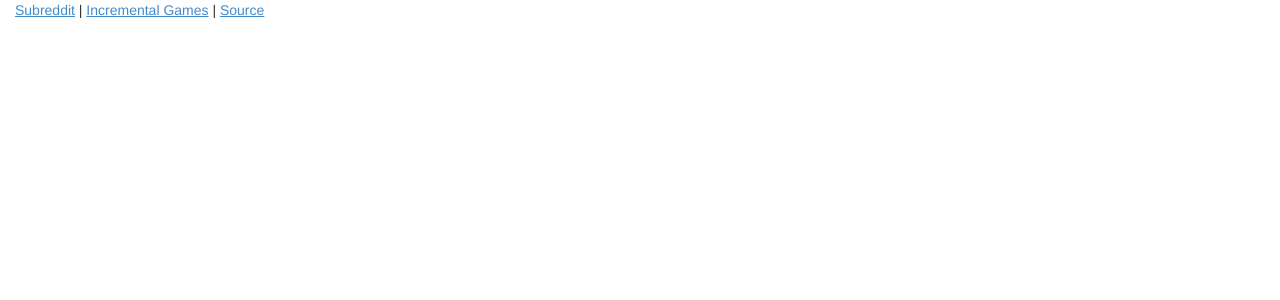
Repository: Polatrite/polainc-seed
Page: index.html
The author's editor kept a record of every edit. The page is drawn from the files as they stood at one moment, then again after the next edit.
The browser window is 1280 px wide. The pictures show the whole page.

Above is the page before.

### index.html
<html>
<head>
	<meta name="viewport" content="width=device-width, initial-scale=1">
	<title>Seed Project</title>
	<link rel="shortcut icon" type="image/x-icon" href="favicon.ico"/>

	<script src="quick-function.js" text="type/javascript"></script>

	<script src="lib/underscore.min.js" text="type/javascript"></script>
	<script src="lib/jquery.js" text="type/javascript"></script>
	<script src="lib/rivets.js" text="type/javascript"></script>
	<script src="lib/fastclick.js" text="type/javascript"></script>
	<script src="lib/bootstrap/js/bootstrap.js" text="type/javascript"></script>

	<script src="game.js" text="type/javascript"></script>
	<script src="savefile.js" text="type/javascript"></script>

	<link  href="lib/bootstrap/css/bootstrap.css" rel="stylesheet">
	<link  href="lib/bootstrap/css/bootstrap.override.css" rel="stylesheet">
	<link  href="styles.css" rel="stylesheet">

	<script text="type/javascript">

$(document).ready(initialize);

window.addEventListener('load', function() {
    FastClick.attach(document.body);
}, false);


	</script>

</head>
<body class="bindto-player container-fluid">

<!-- Modal -->
<div class="modal fade" id="saveLoadModal" tabindex="-1" role="dialog" aria-labelledby="saveLoadModalLabel" aria-hidden="true">
	<div class="modal-dialog">
		<div class="modal-content">
			<div class="modal-header">
				<button type="button" class="close" data-dismiss="modal"><span aria-hidden="true">&times;</span><span class="sr-only">Close</span></button>
				<h4 class="modal-title" id="saveLoadModalLabel">Save/Load via Text</h4>
			</div>
			<div class="modal-body">
				<label>To save, simply copy the following text and save it as a text file on your computer.</label>
				<textarea id="saveTextData" style="width: 100%; height: 10em; font-size: 1em;"></textarea>
				<button id="selectSaveTextData" type="button" class="btn btn-default">Select All Text</button>
				<hr>
				<label>To load, paste your text file into this block, then click "Load Text Data".</label>
				<textarea id="loadTextData" style="width: 100%; height: 10em; font-size: 1em;"></textarea>
				<div id="loadTextDataFailedAlert" class="alert alert-danger hidden">We had trouble loading your text data. Please make sure your data is valid and try again!</div>
			</div>
			<div class="modal-footer">
				<button type="button" class="btn btn-default" data-dismiss="modal">Close</button>
				<button id="loadTextSaveData" type="button" class="btn btn-primary">Load Text Data</button>
			</div>
		</div>
	</div>
</div>

<div class="row row-margin">
	<div class="col-md-3">
		<a href="http://www.reddit.com/r/polatrite" style="text-decoration: underline;">Subreddit</a> | <a href="http://www.reddit.com/r/incremental_games" style="text-decoration: underline;">Incremental Games</a> | <a href="http://www.github.com/Polatrite/polainc-seed" style="text-decoration: underline;">Source</a>
		<br>

	</div>
</div>

</body>
</html>

### lib/quick-function.js
var f = function(func) {
  var args = Array.prototype.slice.call(arguments, 1);

  return function() {
    return func.apply(undefined,args);
  };
};

### game.js
var player = {
    workers: 3859,
    workersUsed: 2811,
    money: 343417831.38
};

function initialize() {
    rivets.bind($('#player'), {player: player});
}

### savefile.js
var Savefile = function(curateDataCallback) {

    if(!_.isFunction(curateDataCallback)) {
        console.error("Savefile: curateDataCallback is not a valid function.");
        return;
    }

	$('#loadTextSaveData').click(this.LoadGameFromText);

	$('#resetGame').click(this.resetGameConfirm);
	$('#selectSaveTextData').click(this.selectSaveDataText);
    $('#saveGameTextExport').click(this.displaySaveDataText);

    this.isResettingGame = false;

    this.curateDataCallback = curateDataCallback;
    this.saveSuccessfulCallback = null;

    this.SaveGameToStorage = function() {
    	var saveDataStr = this.GetSaveGameData();

    	localStorage.setItem('saveData', saveDataStr);
    };

    this.LoadGameFromStorage = function() {
    	var saveDataStr = localStorage.getItem('saveData');
    	var saveDataObj = this.ParseLoadData(saveDataStr);
    	this.InitializeLoadData(saveDataObj);
    };

    this.LoadGameFromText = function() {
    	this.backupSaveGame();
    	var saveDataStr = $('#loadTextData').val();

    	try {
    		saveDataStr = atob(saveDataStr);
    		this.ParseLoadData(saveDataStr);
    		localStorage.setItem('saveData', saveDataStr);

    		this.isResettingGame = true;
    		location.reload(true);
    	}
    	catch (e) {
    		console.error('Failed to load data from text');
    		console.error(e);
    		$('#loadTextDataFailedAlert').removeClass('hidden');
    		return;
    	}

    	$('#saveLoadModal').modal('hide');
    };

    this.displaySaveDataText = function() {
    	var saveDataStr = this.GetSaveGameData();
    	saveDataStr = btoa(saveDataStr);

    	var $elem = $('#saveTextData');
    	$elem.val(saveDataStr);

    	$('#saveLoadModal').on('shown.bs.modal', this.selectSaveTextData);

    	$('#loadTextData').val('');
    	$('#loadTextDataFailedAlert').addClass('hidden');

    	console.log('saveData save data added to text output');
    };

    this.getSaveGameData = function() {
        var curatedData = this.curateDataCallback();

    	return JSON.stringify(curatedData);
    };

    this.parseLoadData = function (saveDataStr) {
    	if(saveDataStr == null) {
    		return;
    	}

    	var saveDataObj = JSON.parse(saveDataStr);

    	return saveDataObj;
    };

    this.initializeLoadData = function(saveDataObj) {
    	if(!saveDataObj) {
    		return;
    	}

    	this.repairSave(saveDataObj);

    	$.extend(true, saveData, saveDataObj);
    };

    this.selectSaveDataText = function() {
    	var $elem = $('#saveTextData');
    	$elem.focus();
    	$elem.select();
    };

    this.backupSaveGame = function() {
    	var saveDataStr = localStorage.getItem('saveData');
    	localStorage.setItem('backup-saveData', saveDataStr);

    	console.debug(saveDataStr);
    	console.log("Previous save data backed up, just in case.");
    };

    this.repairSave = function(saveData) {
    	if(isNaN(saveData.version) || saveData.version < 3) {
    		this.backupSaveGame();
    	}
    };

    this.ResetGame = function() {
    	localStorage.removeItem('saveData');
    	this.isResettingGame = true;
    	location.reload(true);
    };

    this.resetGameConfirm = function() {
    	var confirm = window.confirm("Are you sure you want to reset your game? This will delete all your data!");
    	if(confirm == true) {
    		this.resetGame();
    	}
    };




};

### lib/bootstrap/css/bootstrap.override.css
.progress {
    margin-bottom: 6px;
}

.progress-bar {
  -webkit-transition: width .1s ease;
       -o-transition: width .1s ease;
          transition: width .1s ease;
}

.btn-md {
    padding: 4px 12px;
}

h4,
.h4,
h5,
.h5,
h6,
.h6 {
  margin-top: 8px;
  margin-bottom: 8px;
}

.well-sm {
    padding: 6px;
}

.well-xs {
  padding: 4px;
  border-radius: 2px;
}

### styles.css
.night-theme {
    background-color: #000000;
    color: #FFFFFF;
}
.night-theme .well {
    background-color: #333333;
}
.night-theme .progress {
    background-color: #777777;
}
.night-theme .upgrade-item {
    background-color: #777777;
    color: #FFFFFF;
}
.night-theme .upgrade-item-disabled {
    background-color: #555555;
    color: #FFFFFF;
}

body{
    -webkit-touch-callout: none;
    -webkit-user-select: none;
    -khtml-user-select: none;
    -moz-user-select: none;
    -ms-user-select: none;
    user-select: none;
}

h2 {
    margin-top: 6px;
    margin-bottom: 2px;
}

.upgrade-item {
    background-color: #FFFFFF;
    color: #000000;
    min-height: 20px;
    padding: 12px;
    margin-bottom: 20px;
    border: 1px solid #e3e3e3;
    border-radius: 4px;
    -webkit-box-shadow: inset 0 1px 1px rgba(0, 0, 0, .05);
            box-shadow: inset 0 1px 1px rgba(0, 0, 0, .05);
}

.upgrade-item-disabled {
    background-color: #DDDDDD;
}

.btn-upgrade {
    padding: 2px 4px;
}

.row-margin {
    margin-bottom: 4px;
}

.tooltip-inner {
    white-space:pre-wrap;
    max-width: 500px;
}

.text-highlight-color {
    color: #A1D0FF;
}

.color-tools {
    color: white;
    background-color: #7D6228;
}

.color-wood {
    color: white;
    background-color: #A65E00;
}

.color-forest {
    color: white;
    background-color: #10630C;
}
.color-forest-light {
    background-color: #E7EFE7;
}

.color-exp {
    background-color: #63ADDB;
}

.color-mountain {
    background-color: #EDC872;
}
.color-mountain-light {
    background-color: #FBF4E3;
}

.color-stone {
    color: white;
    background-color: #696969;
}

.color-ore {
    color: white;
    background-color: #B87E58;
}

.color-sales {
    background-color: #A1D0FF;
}

.color-rubber {
    color: white;
    background-color: #404040;
}

.color-coral {
    color: white;
    background-color: purple;
}

.color-food {
    background-color: #4BD68C;
}

.color-ocean {
    background-color: #61B1D4;
}
.color-ocean-light {
    background-color: #DFEFF6;
}

.color-prairie {
    background-color: #CED45B;
}
.color-prairie-light {
    background-color: #F0F2CE;
}

.color-oil {
    color: white;
    background-color: #262621;
}

.color-livestock {
    background-color: #CFCFCF;
}

Loaded but not shown: lib/underscore.min.js (library); lib/jquery.js (library); lib/rivets.js (library); lib/fastclick.js (library); lib/bootstrap/js/bootstrap.js (library); lib/bootstrap/css/bootstrap.css (library)

After the next edit:
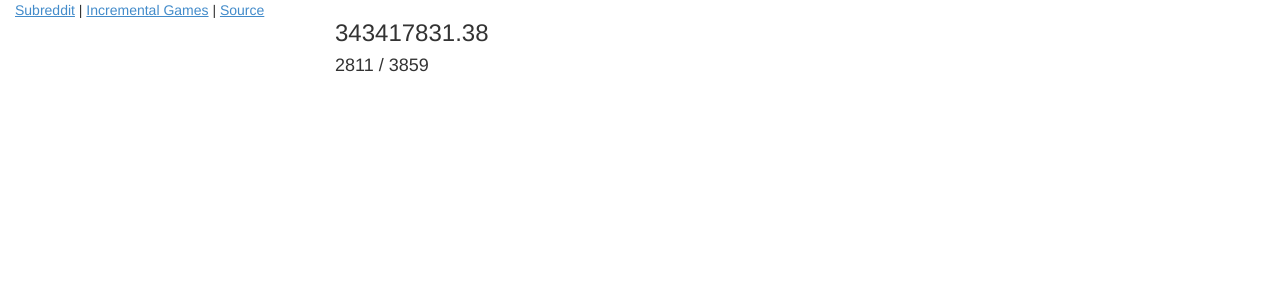
The edit:
--- a/index.html
+++ b/index.html
@@ -64,6 +64,10 @@
 		<br>
 
 	</div>
+	<div id="player" class="col-md-9">
+		<h3>{ player.money | money}</h3>
+		<h4>{ player.workersUsed | number} / { player.workers | number}</h4>
+	</div>
 </div>
 
 </body>
